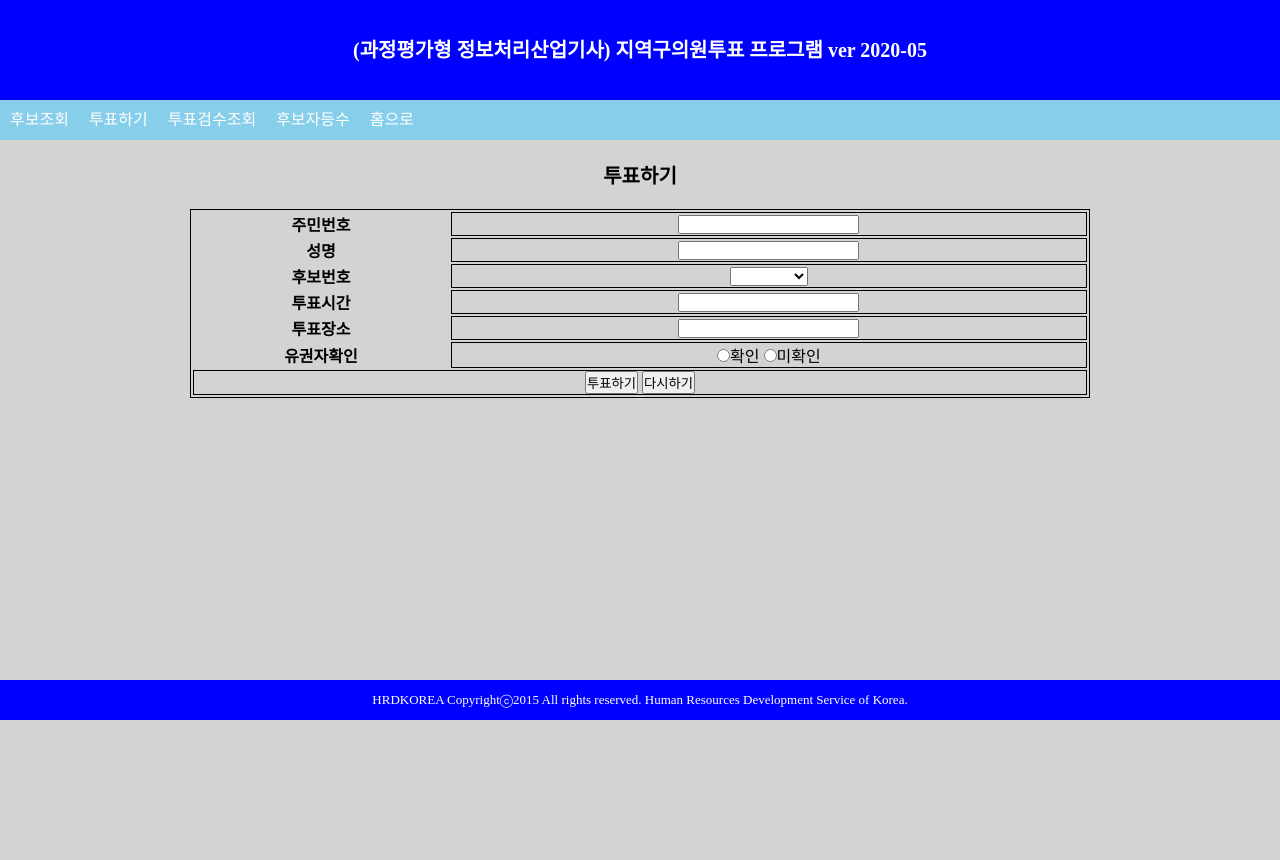
Repository: kayeunae/mvc-pattern
Page: http://localhost/VOTE_1234/doVote
An editor plug-in stored every save of this project. The page is shown before and after the next save, followed by the edit.
The browser window is 1280 px wide. The pictures show the whole page.
The page is served by Tomcat 9. Other server files are loaded and not shown. Queries for data that is not in the repository find no rows.

Above is the page before, as saved 2022-12-22 05:12:16.

### VOTE_1234/src/main/webapp/doVote.jsp
<%@ page language="java" contentType="text/html; charset=UTF-8"
	pageEncoding="UTF-8"%>
<!DOCTYPE html>
<html>
<head>
<meta charset="UTF-8">
<title>Insert title here</title>
<link rel="stylesheet" href="style.css">
</head>
<body>
	<%@ include file="topmenu.jsp"%>
	<section>
		<div class="title">투표하기</div>
		<form name="frm" action="voting">
			<div class="wrapper">
				<table>
					<tr>
						<th>주민번호</th>
						<td><input type="text" name="v_jumin"></td>
					</tr>
					<tr>
						<th>성명</th>
						<td><input type="text" name="v_name"></td>
					</tr>
					<tr>
						<th>후보번호</th>
						<td><select name="m_no">
						<option selected></option>
						<option value="1">[1] 김후보</option>
						<option value="2">[2] 이후보</option>
						<option value="3">[3] 박후보</option>
						<option value="4">[4] 조후보</option>
						<option value="5">[5] 최후보</option>
						</select></td>
					</tr>
					<tr>
						<th>투표시간</th>
						<td><input type="text" name="v_time"></td>
					</tr>
					<tr>
						<th>투표장소</th>
						<td><input type="text" name="v_area"></td>
					</tr>
					<tr>
						<th>유권자확인</th>
						<td>
						<input type="radio" name="v_confirm" value="확인">확인
						<input type="radio" name="v_confirm" value="미확인">미확인
						</td>
					</tr>

					<tr>
						<td colspan="2">
						<button class="btn" type="submit" onclick="fn.submit();">투표하기</button>
						<button class="btn" type="submit" >다시하기</button>
						</td>
					</tr>
				</table>
			</div>
		</form>
	</section>
	<%@ include file="footer.jsp"%>
</body>
</html>

### VOTE_1234/src/main/webapp/topmenu.jsp
<%@ page language="java" contentType="text/html; charset=UTF-8"
    pageEncoding="UTF-8"%>
<!DOCTYPE html>
<html>
<head>
<meta charset="UTF-8">
<title>Insert title here</title>
</head>
<body>
	<header>(과정평가형 정보처리산업기사) 지역구의원투표 프로그램 ver 2020-05</header>
	<nav>
		<ul>
			<li><a href="member">후보조회</a></li>
			<li><a href="doVote">투표하기</a></li>
			<li><a href="view">투표검수조회</a></li>
			<li><a href="result">후보자등수</a></li>
			<li><a href="home">홈으로</a></li>
		</ul>
	</nav>
</body>
</html>

### VOTE_1234/src/main/webapp/footer.jsp
<%@ page language="java" contentType="text/html; charset=UTF-8"
    pageEncoding="UTF-8"%>
<!DOCTYPE html>
<html>
<head>
<meta charset="UTF-8">
<title>Insert title here</title>
</head>
<body>
	<footer>
	HRDKOREA Copyrightⓒ2015 All rights reserved. Human Resources Development Service of Korea.
	</footer>

</body>
</html>

### VOTE_1234/src/main/java/contoller/VoteController.java
package contoller;

import java.io.IOException;
import java.io.PrintWriter;

import javax.servlet.ServletException;
import javax.servlet.annotation.WebServlet;
import javax.servlet.http.HttpServlet;
import javax.servlet.http.HttpServletRequest;
import javax.servlet.http.HttpServletResponse;

import DAO.VoteDAO;

@WebServlet("/")
public class VoteController extends HttpServlet {
	private static final long serialVersionUID = 1L;

    public VoteController() {
        super();
    }

	protected void doGet(HttpServletRequest request, HttpServletResponse response) throws ServletException, IOException {
		request.setCharacterEncoding("UTF-8");
		doPro(request, response);
	}

	protected void doPost(HttpServletRequest request, HttpServletResponse response) throws ServletException, IOException {
		request.setCharacterEncoding("UTF-8");
		doPro(request, response);
	}

	protected void doPro(HttpServletRequest request, HttpServletResponse response) throws ServletException, IOException {
		//dao에서 쿼리문 작성해서 데이터 끌어오는 것


		String context = request.getContextPath();	//VOTE_1234
		String command = request.getServletPath();	//url 마지막 경로
		String site = null;

		System.out.println(context + " " +command );

		VoteDAO vote = new VoteDAO();

		//경로나누기
		switch (command) {
		case "/member" :
			site = vote.selectMember(request, response);
			break;
		case "/doVote" :
			site = "doVote.jsp";
		case "/voting" :
			int result = vote.voting(request, response);
			response.setContentType("text/html; charset=UTF-8");
			PrintWriter out = response.getWriter();
			if(result == 1) {
				out.println("<script>");
				out.println("alert('투표하기 정보가 정상적으로 등록 되었습니다!); location.href='" + context + "';");
				out.println("</script>");
				out.flush();
			}
		}
		getServletContext().getRequestDispatcher("/" + site).forward(request, response);
	}

}

### VOTE_1234/src/main/java/DAO/VoteDAO.java
package DAO;

import java.sql.Connection;
import java.sql.DriverManager;
import java.sql.PreparedStatement;
import java.sql.ResultSet;
import java.util.ArrayList;

import javax.servlet.http.HttpServletRequest;
import javax.servlet.http.HttpServletResponse;

import DTO.MemParty;
import DTO.Member;
import DTO.Party;

public class VoteDAO {
	Connection conn = null;
	PreparedStatement ps = null; //명령어 정의(타입에 ? 사용)하고 인수를 전달 받아 명령어를 실행. executeQuery() 메소드에 의해 실행
	ResultSet rs = null; //sql문이 실행되어 결과로 반환한 데이터 관리(select한 결과값을 가지고 있음). get~함수를 이용해 레코드 내의 필드를 데이터 타입에 맞게 읽어올 수 있음.
						 //레코드를 이동하는 메소드를 가지고 있음. ex) next() 메소드 이용하여 다음 레코드로 이동. 다음 레코드가 없으면 false 반환.
						 //executeQuery() : select문처럼 실행 후 화면에 표시할 결과가 있을 때 사용. 리턴 타입: ResultSet형
						 //executeUpdate() : insert, update, delete처럼 출력 결과 없을 때

	//시험지에 있는 것 그대로. DB 연결
	public static Connection getConnection() throws Exception {
		Class.forName("oracle.jdbc.OracleDriver");
		//Connection 변수명 = DriverManager.getConnection("url", "id", "pw");
		Connection con = DriverManager.getConnection
				("jdbc:oracle:thin:@//localhost:1521/xe", "system", "sys1234");
		//con: 연결된 DB 정보를 담은 객체
		return con;
	}

	public String selectMember(HttpServletRequest request, HttpServletResponse response) {
		//컨트롤러에 보내기 위해 Member.java (엔티티 클래스)를 arraylist에 담는다.
		ArrayList<MemParty> list = new ArrayList<MemParty>();

		try {
			conn = getConnection();	//DB 연결

			//쿼리문 작성
			String sql = "select t1.m_no , t1.m_name, t2.p_name, decode(t1.p_school, '1', '고졸', '2', '학사', '3', '석사') p_school, substr(t1.m_jumin,1,6)||'-'||substr(t1.m_jumin,7)m_jumin, t1.m_city, t2.p_tel1||'-'||t2.p_tel2||'-'||(substr(t2.p_tel3,4)||substr(t2.p_tel3,4)||substr(t2.p_tel3,4)||substr(t2.p_tel3,4)) as p_tel1 from tbl_member_202005 t1 join tbl_party_202005 t2 on t1.p_code = t2.p_code";
			ps = conn.prepareStatement(sql);
			rs = ps.executeQuery();

			while(rs.next()) {
				MemParty mp = new MemParty();

				mp.setM_no(rs.getString(1));
				mp.setM_name(rs.getString(2));
				mp.setP_name(rs.getString(3));
				mp.setP_school(rs.getString(4));
				mp.setM_jumin(rs.getString(5));
				mp.setM_city(rs.getString(6));
				mp.setP_tel1(rs.getString(7));

				list.add(mp);
			}
			System.out.println(list);
			request.setAttribute("list", list);

			conn.close();
			ps.close();
			rs.close();

		} catch (Exception e) {
			e.printStackTrace();
		}
		return "member.jsp";
	}

	public int voting(HttpServletRequest request, HttpServletResponse response) {
		String v_jumin = request.getParameter("v_jumin");
		String v_name = request.getParameter("v_name");
		String m_no = request.getParameter("m_no");
		String v_time = request.getParameter("v_time");
		String v_area = request.getParameter("v_area");
		String v_confirm = request.getParameter("v_confirm");

		int result = 0;

		try {
			conn = getConnection();
			String sql = "insert into tbl_vote_202005 values(?, ?, ?, ?, ?, decode(v_confirm, '확인', 'Y', '미확인', 'N'))";

			ps = conn.prepareStatement(sql);
			ps.setString(1, v_jumin);
			ps.setString(2, v_name);
			ps.setString(3, m_no);
			ps.setString(4, v_time);
			ps.setString(5, v_area);
			ps.setString(6, v_confirm);

			result = ps.executeUpdate();

			System.out.println(result);

			ps.close();
			conn.close();

		} catch (Exception e) {
			e.printStackTrace();
		}
		return result;
	}

}

### VOTE_1234/src/main/webapp/style.css
@charset "UTF-8";

/*초기화 코드*/
* {
margin: 0;
padding: 0;
}

/*topmenu.jsp*/
header {
	top: 0;
	height: 100px;
	line-height: 100px;
	width: 100%;
	background: blue;
	text-align: center;
	font-size: 20px;
	font-weight: 900;
	color: white;
}

nav ul {
	height: 40px;
	line-height: 40px;
	width: 100%;
	background: skyblue;
	overflow: hidden;
}

nav ul li {
	list-style: none;
	float: left;
	padding: 0 10px;
}

a {
	text-decoration: none;
	color: white;
}

section {
	position: absolute;
	overflow: auto;
	width: 100%;
	height:100%;
	background: lightgrey;
}

/* index.jsp */
p {
	padding: 20px;
	text-align: center;
	font-size: 24px;
}

span {
	left: 13px;
}

section ul li {
	padding: 13px;
}

/* member.jsp */
.title {
	padding: 20px;
	text-align: center;
	font-size: 20px;
	font-weight: 900;
}

.wrapper {
	display: flex;
	justify-content: center;
	align-items: center;
	text-align: center;
}

table {
	width: 900px;
}

table, tr, tr, td {
	border: 1px solid black;
}

/* footer.jsp */
footer {
	position: fixed;
	bottom: 0;
	width: 100%;
	height: 40px;
	line-height: 40px;
	background: blue;
	text-align: center;
	color: white;
	font-size: 13px;
}

After the next save:
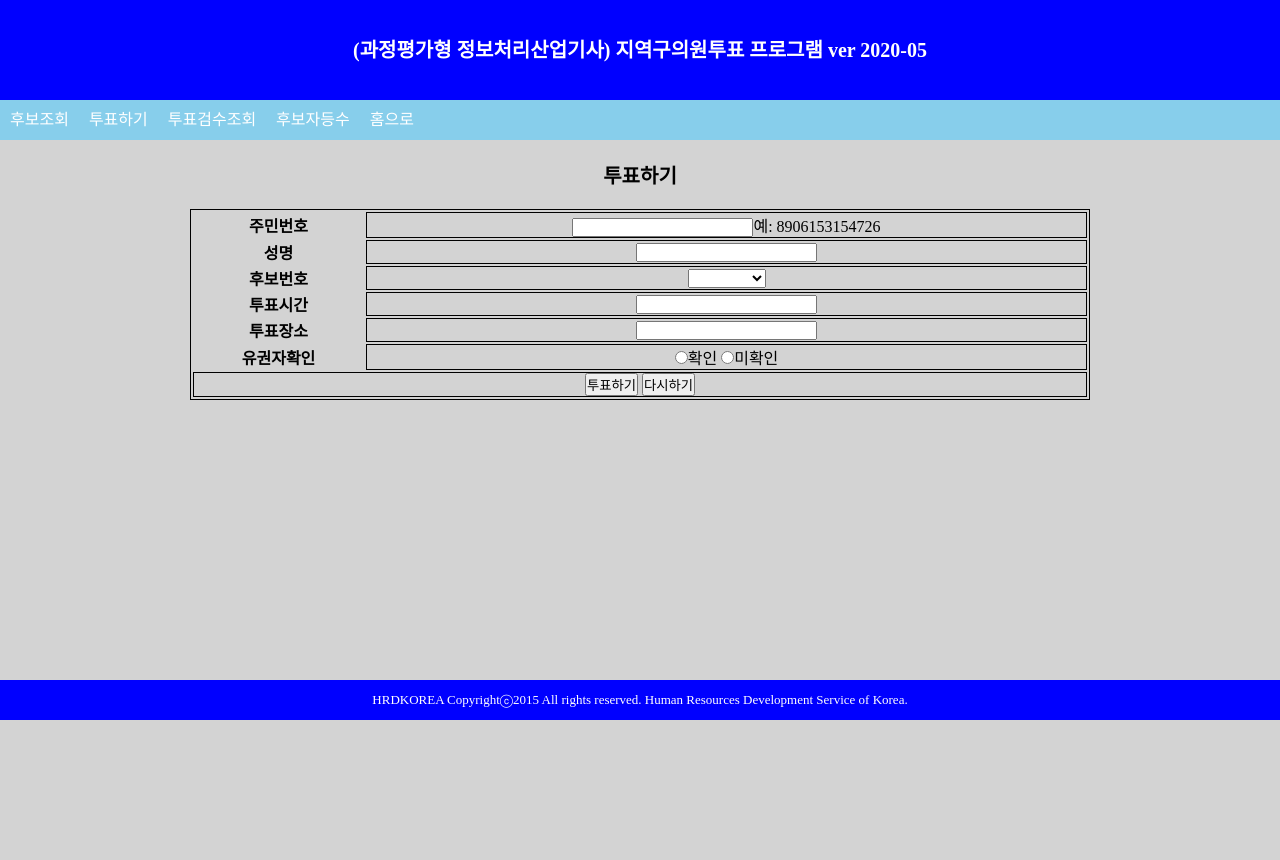
Saved 2 min 28 s later.
--- a/VOTE_1234/src/main/webapp/doVote.jsp
+++ b/VOTE_1234/src/main/webapp/doVote.jsp
@@ -16,7 +16,7 @@
 				<table>
 					<tr>
 						<th>주민번호</th>
-						<td><input type="text" name="v_jumin"></td>
+						<td><input type="text" name="v_jumin">예: 8906153154726</td>
 					</tr>
 					<tr>
 						<th>성명</th>
